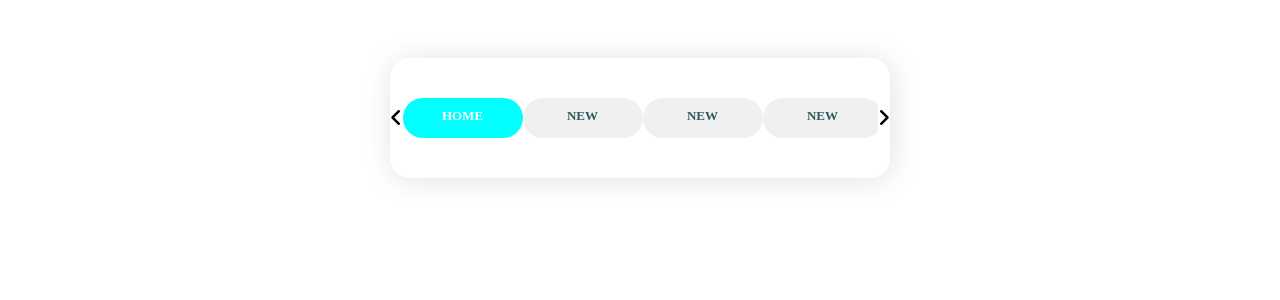
Repository: KHANHD192/JS_evondev
Page: eondev/tab_scroll/index.html
An editor plug-in stored every save of this project. The page is shown before and after the next save, followed by the edit.
The browser window is 1280 px wide. The pictures show the whole page.

Above is the page before, as saved 2023-05-30 21:11:29.

### eondev/tab_scroll/index.html
<!DOCTYPE html>
<html lang="en">
<head>
    <meta charset="UTF-8">
    <meta http-equiv="X-UA-Compatible" content="IE=edge">
    <meta name="viewport" content="width=device-width, initial-scale=1.0">
    <title>tab</title>
    <link rel="stylesheet" href="https://cdnjs.cloudflare.com/ajax/libs/font-awesome/6.4.0/css/all.min.css" integrity="sha512-iecdLmaskl7CVkqkXNQ/ZH/XLlvWZOJyj7Yy7tcenmpD1ypASozpmT/E0iPtmFIB46ZmdtAc9eNBvH0H/ZpiBw==" crossorigin="anonymous" referrerpolicy="no-referrer" />
    <style>

       html{
        box-sizing: border-box;
        font-size: 62.5%;
       }
       .tab_content {
         display: none;
       }
       .tab-item.active{
        background-color: aqua;
        color: white;

       }
       .tab-item{
        background-color: rgba(192, 192, 192, 0.24);
        color:rgb(49, 90, 90);
       }
       body{
        display: flex;
        justify-content: center;
        align-items: center;

       }
       .tab_container{
        margin-top:5rem;
        width: 50rem;
        height: 12rem;
        box-shadow: 2px 2px 3rem rgba(0, 0, 0, 0.116);
        /* border: 1px solid slategray; */
        position: relative;
        border-radius: 2rem;
        display: flex;
        justify-content: center;
        align-items:center;
       }
       .tab_list{
        width: 100%;
        margin-top: 2rem;
        overflow: auto;
        overflow: -moz-scrollbars-none;
      -ms-overflow-style: none;
       margin :auto;
       }
       .list_content{
        display: flex;
        width: 200%;
        white-space: nowrap;

       }
       .tab_list::-webkit-scrollbar {
         display: none;
}
 .fa-solid{
  font-size: 2rem;
 }
       .tab-item{
        user-select: none;
        width: 12rem;
        height: 3rem;
        border-radius: 999px;
        cursor: pointer;
        text-align: center;
        font-weight: bold;
        font-size: 1.3rem;
        padding-top: 1rem;
       }
       .tab_wrap{
        margin-top: 3rem;
         text-align: center;
       }
       .tab_content.active{
            display: block;
       }
    </style>
</head>
<body>
    <div class="tab_container">
      <i class="fa-solid fa-angle-left"></i>
        <div class="tab_list">
           <div class="list_content">
            <div class="tab-item active">HOME</div>
            <div class="tab-item ">NEW</div>
            <div class="tab-item ">NEW</div>
            <div class="tab-item ">NEW</div>
            <div class="tab-item ">ABOUT US</div>
            <div class="tab-item ">ABOUT US</div>
            <div class="tab-item ">ABOUT US</div>
           </div>
          </div>
          <i class="fa-solid fa-angle-right"></i>

    </div>
    <script src="./app.js"></script>
</body>
</html>

### eondev/tab_scroll/app.js
function click_sildeTab(){
   let button = document.querySelectorAll('.tab-item');
   let tab_list = document.querySelector('.tab_list');
   console.log(button);
   let ders = document.querySelectorAll('.tab_content');
   for(let i = 0 ; i < button.length ; i++){
      button[i].onclick = function(){
         // xử dụng kĩ thuật là css cứng cho 1 item đã active rồi khi click vào button khác thì chỉ việc xóa class active đó rồi gán vô class khác !

         let buttonCurrent = document.querySelector('.tab-item.active');
         buttonCurrent.classList.remove('active');
         button[i].classList.add('active');
             // bên trái so với parent chứa nó !
         let position = button[i].offsetLeft;
         console.log(position);
         tab_list.scroll(position/2,0);
         }
   }

}
click_sildeTab();

After the next save:
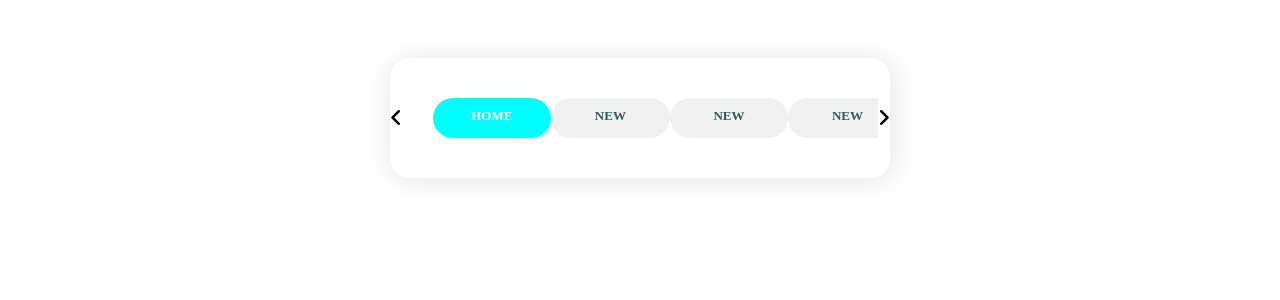
Saved 30 s later.
--- a/eondev/tab_scroll/index.html
+++ b/eondev/tab_scroll/index.html
@@ -49,6 +49,7 @@
         overflow: -moz-scrollbars-none;
       -ms-overflow-style: none;
        margin :auto;
+       padding: 3rem;
        }
        .list_content{
         display: flex;
